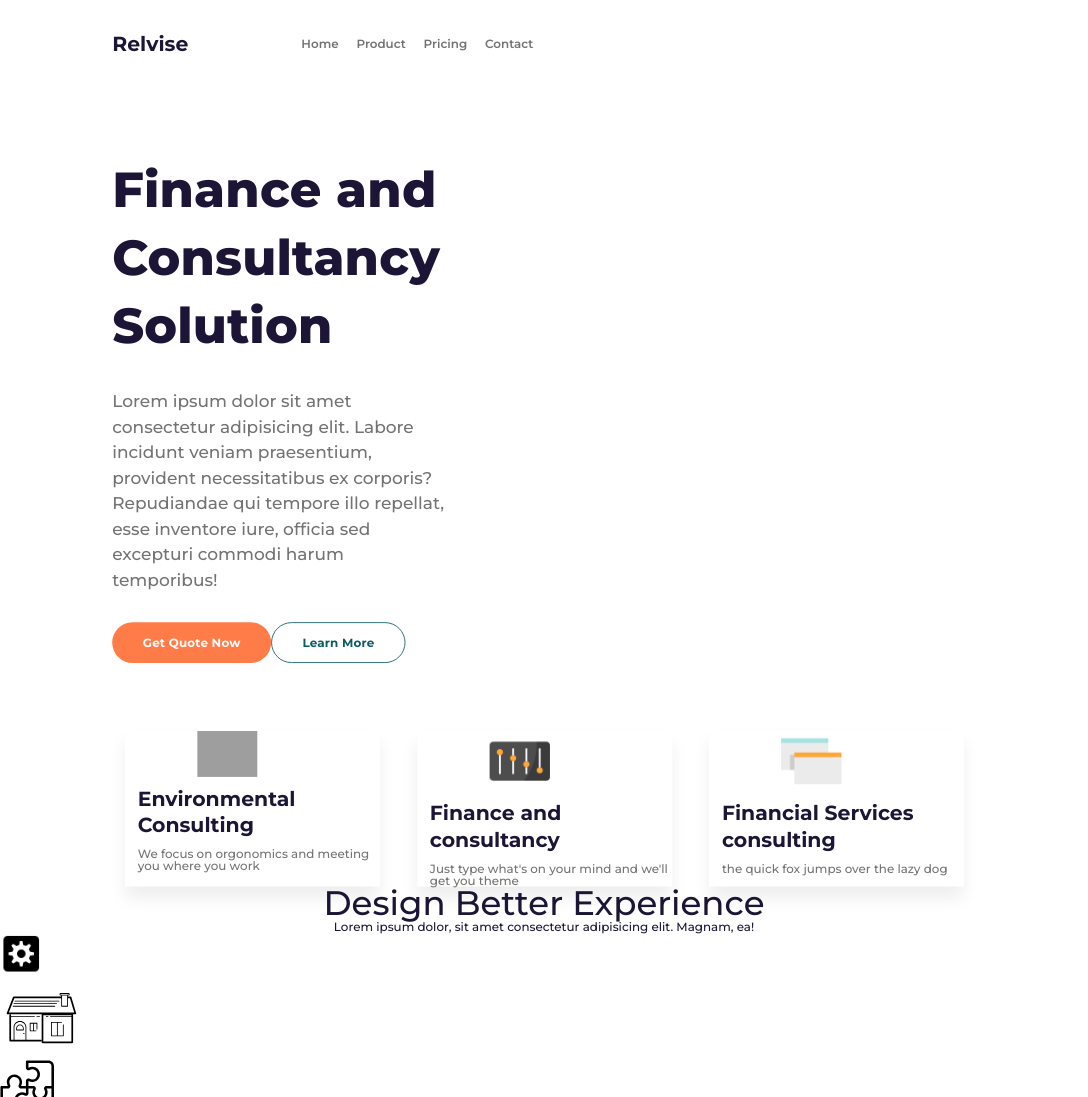
Repository: usalokiN/simple-project
Page: index.html
The author's editor kept a copy of each file at every save. The page is drawn from the files as they stood at one save, then again after the next save.
The browser window is 1280 px wide. The pictures show the part of the page from y = 0 to 1291 px (the page is 1611 px tall before and 1627 px after), at 85% of full size.
Pictures or frames that could not be fetched are drawn as grey boxes. A picture or video elsewhere on the page could not be fetched, so the positions and the page height are approximate.

Above is the page before, as saved 2022-01-17 13:36:12.

After the next save:
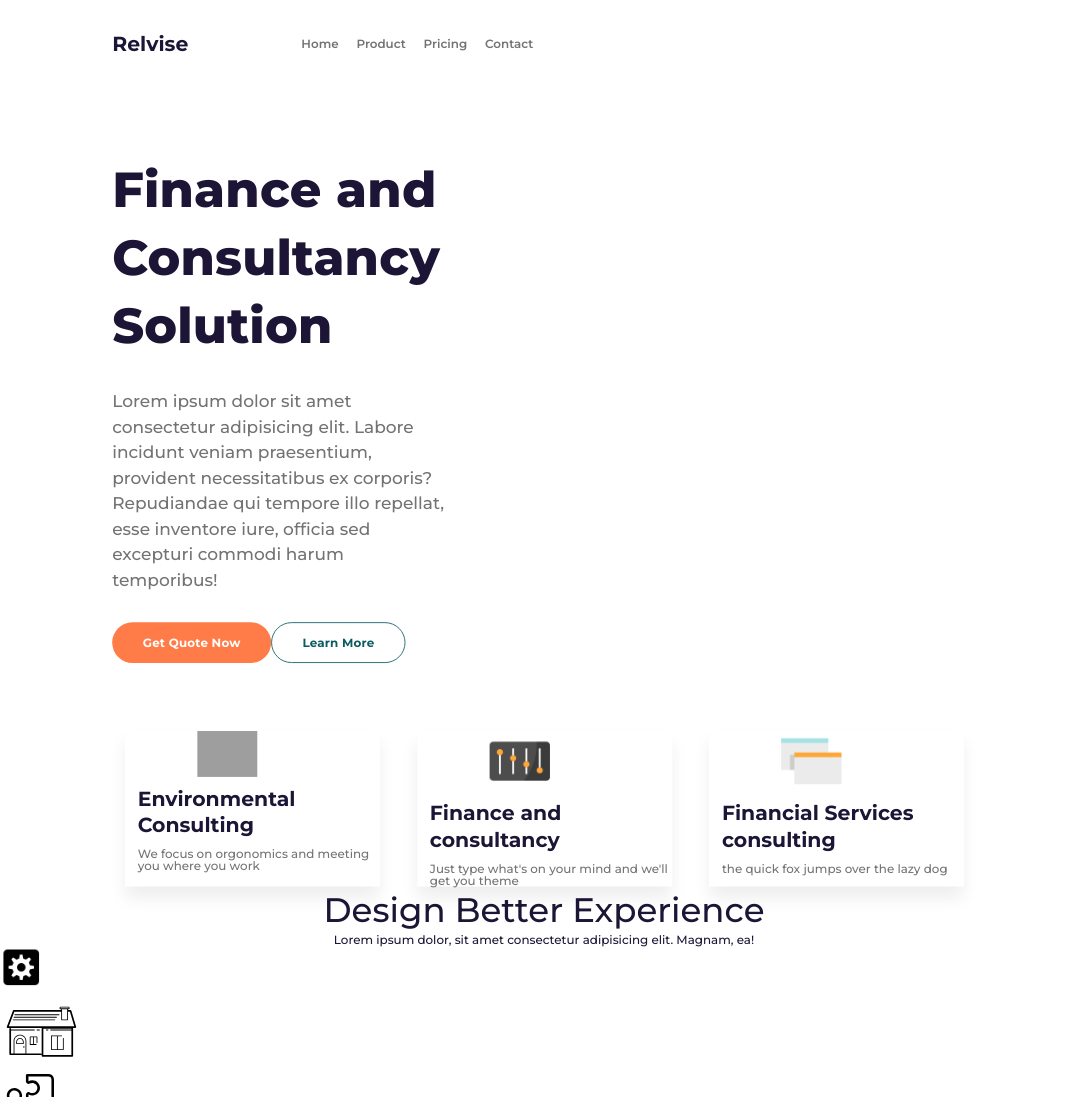
Saved 11 s later.
--- a/css/style.css
+++ b/css/style.css
@@ -73,7 +73,7 @@
 
                     .header-block__title {
                         font-size: 40px;
-                        line-height: ;
+                        line-height: 140%;
                     }
 
                     .header {
